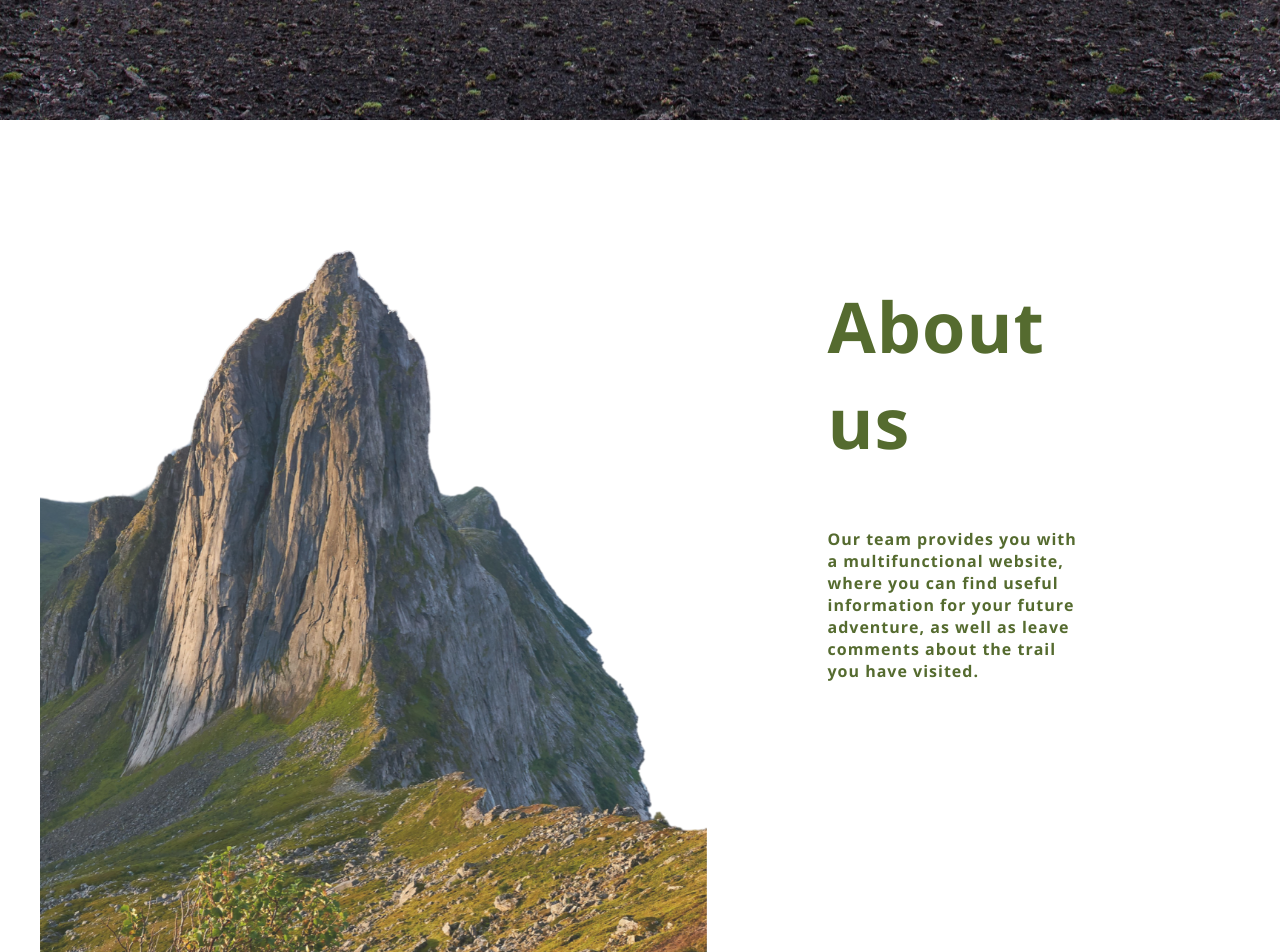
Repository: artembundin/travelrus.github.io
Page: index.html
An editor plug-in stored every save of this project. The page is shown before and after the next save, followed by the edit.
The browser window is 1280 px wide. The pictures show the part of the page from y = 2580 to 3532 px (the page is 4738 px tall).
A picture or video elsewhere on the page could not be fetched, so the positions and the page height are approximate. An inner scrolling area shows only its first screen. Backgrounds fixed to the window are drawn as part of the page. Some web fonts or font styles are not loaded; a fallback is used.

Above is the page before, as saved 2025-05-07 23:22:40.
Console error: TypeError: Cannot read properties of null (reading 'offsetTop')

### index.html
<!DOCTYPE html>
<html lang="en">
  <head>
    <meta charset="UTF-8" />
    <meta name="viewport" content="width=device-width, initial-scale=1.0" />
    <title>Document</title>
    <link rel="stylesheet" href="style.css" />
  </head>
  <body>
    <header class="header">
      <div class="container-header">
        <img src="icons/TRAIL TRIBE (3).svg" alt="" class="anim header-logo" />
        <ul class="header-list">
          <li><a class="active" href="/">HOME</a></li>
          <li><a href="/">BLOG</a></li>
          <li><a href="#inf">DISCOVER</a></li>
          <li><a href="/">ABOUT AS</a></li>
        </ul>
      </div>
    </header>
    <main class="main">
      <section class="join">
        <div class="join-container">
          <div class="text_section">
            <h2>Featured Items</h2>
            <p>
              These are some of the basic things that will be useful to you on a
              hike. See the full list on our blog.
            </p>
          </div>
          <a href="#" class="btn_list" id="newPageButton">BLOG</a>
        </div>
      </section>
      <section class="inf" id='inf'>
        <div class="inf-container">
          <h2 class="inf-caption animate-slidein">Find our most popular camps</h2>
          <div class="cards">
              <div class="cards-content">
                <a href="map.html#mapstore">
                  <img src="images/bvt.jpeg" alt="" class="img">
                </a>
                <div class="cards-text">
                  <h4 class="cards-title">The Big Valdai Trail</h4>
                  <p class="cards-sub-title">Its uniqueness lies in the change of ecological systems: spruce-fir forest, broad-leaved forest, pine forest.</p>
                </div>
              </div>
            <div class="cards-content">
              <a href="map.html#mapstore2">
                <img src="images/30.jpeg" alt="" class="img">
              </a>
              <div class="cards-text">
                <h4 class="cards-title">Through the Mountains to the Sea</h4>
                <p class="cards-sub-title">One of the oldest, most popular traveled tourist routes in the Soviet Union.</p>
              </div>
            </div>
            <div class="cards-content">
              <a href="map.html#mapstore3">
                <img src="images/btt.jpeg" alt="" class="img">
              </a>
              <div class="cards-text">
                <h4 class="cards-title">The Great Baikal Trail</h4>
                <p class="cards-sub-title">The trail will connect three national parks and three reserves.</p>
              </div>
            </div>
          </div>
        </div>
      </section>
      <section class="aboutus">
        <div class="aboutus-container">
          <div class="aboutus-image animate-slideleft"></div>
          <div class="aboutus-text animate-slideright">
            <h2 class="aboutus-title">About us</h2>
            <p class="aboutus-sub-title">Our team provides you with a multifunctional website, where you can find useful information for your future adventure, as well as leave comments about the trail you have visited.</p>
          </div>
        </div>
      </section>
      <section class="stuff-list">
      <h2 class="stuff-list-caption animate-appeir">That is useful for any hike</h2>
      <div class="item">
        <div class="stuff-list-container animate-appeir">
            <div class="stuff-item">
                    <p class="item1_title">Knife</p>
                    <img src="images/knife.svg" alt="/" id="item1">
            </div>
            <div class="stuff-item">
                    <p class="item2_title">Sleeping-bag</p>
                    <img src="images/sleepingbag.svg" alt="/" id="item2">
            </div>
            <div class="stuff-item">
                    <p class="item3_title">Tent</p>
                    <img src="images/tent.svg" alt="/" id="item3">
            </div>
          </div>
      </div>
    </section>
  </main>
  <script src="animation.js"></script>
  </body>
</html>




<!--<h2 class="stuff-list-caption">That is useful for any hike</h2>-->

### style.css
@font-face {
  font-family: 'OpenSans';
  src: url(fonts/OpenSans-Regular.woff2) format('woff2');
  font-weight: 400;
  font-style: normal;
  font-display: swap;
}
@font-face {
  font-family: 'OpenSans';
  src: url(fonts/OpenSans-Bold.woff2) format('woff2');
  font-weight: 700;
  font-style: normal;
  font-display: swap;
}


body {
  margin: 0;
  font-family: 'OpenSans';
  background-color: white;
  color: white;
  font-weight: 550;
}

ul {
  list-style: none;
  padding: 0;
  margin: 0;
}

a {
  text-decoration: none;
  color: white;
}

p {
  display: flex;
  /*animation: pfade linear both;
  animation-timeline: view();
  animation-range: entry 50% cover 50%;*/
}


h1, h2, h3, h4, h5, h6 {
  display: flex;
  /*animation: pfade linear both;
  animation-timeline: view();
  animation-range: entry 50% cover 50%;*/
}


/*@keyframes pfade {
  from {
    opacity: 0;
  }
  to {
    opacity: 1;
  }
} */

a {
  text-decoration: none;
}

/*Шапка*/

.header {
  position: relative;
  text-align: center;
  background-image: url(images/hiking3.jpeg);
  background-attachment: fixed;
  background-size: cover;
  background-position: center;
}

.container-header {
  display: flex;
  flex-direction: column;
  align-items: center;
  max-width: 1200px;
  height: 900px;
  margin-left: auto;
  margin-right: auto;
  overflow-x: hidden;
  padding: 0 15px;
}

.header-logo {
  width: 600px;
  height: 600px;
}



.header-img {
  position: absolute;
  width: 100%;
  height: auto;

  background-image: url(images/hiking3.jpeg);
  /*background-attachment: fixed;
    background-size: cover;
    background-position: center;*/
  z-index: -1;
}

.header-list {
  display: flex;
  gap: 40px;
  margin-top: -100px;
  text-decoration: underline;
  text-underline-offset: 10px;
  opacity: 0.6;
  font-weight: 600;
  font-size: 25px;
  letter-spacing: 3px;
}


/*СЕКЦИЯ 1*/

.main {
  display: inline;
}


.join {
  background-image: url('images/cloudmount.png');
  background-size: contain;
  background-repeat: no-repeat;
  animation: pfade linear both;
  animation-timeline: view();
  animation-range: entry 50% cover 50%;
}

@keyframes pfade {
  from {
    opacity: 0;
  }
  to {
    opacity: 1;
  }
}

.join-container {
  display: flex;
  max-width: 1200px;
  height: 900px;
  margin-left: auto;
  margin-right: auto;
  overflow-x: hidden;
  padding: 0 15px;
}


.text_section {
  width: 330px;
  height: 500px;
  padding: 100px;
  color: darkolivegreen;
}

.text_section p {
  letter-spacing: 1px;
}

.text_section h2 {
  font-size: 70px;
  font-weight: 700;
}

/*Кнопка*/

.btn_list {
  position: relative;
  text-align: center;
  padding: 5px 10px;
  width: 200px;
  height: 30px;
  top: 550px ;
  right: 430px;
  font-size: 20px;
  color: darkolivegreen;

  background-color: white;
  border-radius: 17px;
  box-shadow: 5px 5px 5px 3px #8a8a8a;
  cursor: pointer;
  transition: .3s;
}

.btn_list:active {
  transform: translateY(4px);
  box-shadow: 0 5px 0 darkgreen;
}


/*Конец кнопки*/



/*СЕКЦИЯ 2*/

.inf {
  background-image: url(images/holm.png);
  background-attachment: fixed;
  background-size: 1200px 900px;
  background-repeat: no-repeat;
  color: #AFD2F2;

}


.inf-caption {
  display: flex;
  justify-content: center;
  font-size: 60px;
  font-weight: 700;
  margin-top: 100px;
  margin-bottom: 200px;

  color: white;
}

@keyframes slidein {
  from {
    transform: translateX(-100%);
    opacity: 0;
  }
  to {
    transform: translateX(0);
    opacity: 1;
  }
}

.inf-caption.animate-slidein {
  animation: slidein;
  animation-duration: 2s;
  animation-timing-function: linear forwards;
  animation-iteration-count: 1;
}

.inf-container {
  max-width: 1200px;
  height: 900px;
  margin-left: auto;
  margin-right: auto;
  overflow-x: hidden;
  padding: 0 15px;
}

@keyframes fadein {
  from {
    opacity: 0;
  }
  to {
    opacity: 1;
  }
}

.cards {
  display: flex;
  justify-content: center;
  gap: 100px;
  animation: pfade linear both;
  animation-timeline: view();
  animation-range: entry 50% cover 50%;
}

.cards-content {
  display: flex;
  position: relative;
  justify-content: center;
  align-items: center;
  overflow: hidden;




  /*width: 400px;
  border-radius: 20px;
  margin-top: 200px;
  text-align: center;*/
}


.img {
  width: 400px;
  height: 300px;
  border: 3px solid #2E2C33;




  /*max-width: 100%;
  height: 350px;
  object-fit: cover;
  border-radius: 15px;*/
}

.cards-text {
  width: 200px;
  height: 200px;
  background-color: white;
  padding: 1.5rem 2rem;
  box-shadow: 0 8px 24px hsla(0, 0%, 0%, .15);
  border-radius: 1rem;
  position: absolute;
  bottom: -9rem;
  opacity: 0;
  transition: opacity 1s 1s;
}

.cards-title {
  font-size: 28px;
  font-weight: 700;
  margin-bottom: .75rem;
}



.cards-sub-title {
  font-size: 13px;
  font-weight: 400;

}

.cards-content:hover .cards-text{
  animation: show-text 1s forwards;
  opacity: 1;
  transition: opacity .3s;
}

.cards-content {
  animation-name: remove-overflow;
  animation: remove-overflow 2s forwards;

}

.cards-content:not(:hover) {
  animation: show-overflow 2s forwards;
}

.cards-content:not(:hover) .cards-text {
  animation: remove-text 1s forwards;
}

@keyframes show-text {
  50% {
    transform: translateY(-10rem);
  }
  100% {
    transform: translateY(-7rem);
  }
}

@keyframes remove-overflow {
  to {
    overflow: initial;
  }
}

@keyframes remove-text {
  0% {
    transform: translateY(-7rem);
  }
  50% {
    transform: translateY(-10rem);
  }
  100% {
    transform: translateY(.5rem);
  }
}

@keyframes show-overflow {
  0% {
    overflow: initial;
    pointer-events: none;
  }
  50% {
    overflow: hidden;
  }
}


/*СЕКЦИЯ 3 */



.aboutus {
  color: darkolivegreen;
}


.aboutus-container {
  display: flex;
  max-width: 1200px;
  height: 800px;
  margin-left: auto;
  margin-right: auto;
  overflow-x: hidden;
  margin-top: 100px;
  margin-bottom: 150px;
}


.aboutus-image {
  background-image: url(images/goraaa.png);
  background-size: cover;
  background-repeat: no-repeat;
  width: 1200px;
  height: 800px;
}

@keyframes slideleft {
  from{
    transform: translateX(-100%);
    opacity: 0;
  }
  to {
    transform: translate(0);
    opacity: 1;
  }
}

.aboutus-image.animate-slideleft {
  animation: slideleft;
  animation-duration: 5s;
  animation-timing-function: linear forwards;
  animation-iteration-count: 1;
}

.aboutus-text {
  width: 400px;
  height: 300px;
  text-align: left;
  letter-spacing: 1px;
  margin-right: 150px;
}

/*.aboutus-text.animate-slideright {
  animation: none;
  animation: slideright;
  animation-duration: 4s;
  animation-timing-function: linear forwards;
  animation-iteration-count: 1;
}

@keyframes slideright {
  from {
    transform: translateX(100%);
  }
  to {
    transform: translateX(0);
  }
}*/

.aboutus-title {
  font-size: 70px;
  justify-content: left;
}



/*СЕКЦИЯ 3*/


/*.cards {
  display: flex;
  justify-content: center;
  gap: 170px;
} карточки секция */

@keyframes appeir {
  from {
    opacity: 0;
  }
  to {
    opacity: 1;
  }
}

.stuff-list-caption {
  display: flex;
  justify-content: center;
  font-size: 65px;
  font-weight: 700;
  color: darkolivegreen;

}

.stuff-list-caption.animate-appeir {
  animation: appeir;
  animation-duration: 6s;
  animation-timing-function: linear forwards;
  animation-iteration-count: 1;
}

.stuff-list-container.animate-appeir {
  display: grid;
  grid-template-columns: 0.25fr 0.25fr;
  grid-template-rows: 600px 600px;
  gap: 20px;
  max-width: 1200px;
  height: 800px;
  margin-left: auto;
  margin-right: auto;
  overflow-x: hidden;
  margin-top: 100px;


    /*animation: appeir2 ;
    animation-duration: 1s;
    animation-timing-function: ease-in forwards;
    animation-delay: 1s;
    animation-iteration-count: 1;*/

}

/*@keyframes appeir2 {
  from {
    opacity: 0;
  }
  to {
    opacity: 1;
  }
}*/

.stuff-list {
  color: white;
}


.item {
  background-image: url(/images/sumka.png);
  background-size: 1300px 800px;
  background-repeat: no-repeat;
  background-position: center;
}


#item1 {
  background-color: lemonchiffon;
  position: relative;
  left: 490px;
  top: 160px;
}



#item2 {
  background-color: lightpink;
  position: relative;
  left: 390px;
  top: 130px;
}



#item3 {
  background-color: lightsteelblue;
  position: relative;
  left: 530px;
  bottom: 230px;
}

.item1_title {
  position: relative;
  left: 490px;
  top: 160px;
  font-size: 17px;
}

.item2_title {
  position: relative;
  left: 390px;
  top: 130px;
  font-size: 17px;
}

.item3_title {
  position: relative;
  left: 530px;
  bottom: 230px;
  font-size: 17px;
}

/* В конец файла добавим медиа-запросы */

/* Для планшетов */
@media screen and (max-width: 1024px) {
  .container-header {
    height: 700px;
  }

  .header-logo {
    width: 400px;
    height: 400px;
  }

  .header-list {
    font-size: 20px;
    gap: 20px;
  }

  .join-container {
    width: 100%;
    padding: 0 20px;
  }

  .text_section {
    padding: 50px;
  }

  .text_section h2 {
    font-size: 50px;
  }

  .cards {
    flex-wrap: wrap;
    gap: 50px;
  }

  .img {
    width: 300px;
    height: 225px;
  }

  .aboutus-container {
    flex-direction: column;
    height: auto;
  }

  .aboutus-image {
    width: 100%;
    height: 500px;
  }

  .aboutus-text {
    width: 100%;
    margin: 20px;
  }
}

/* Для мобильных устройств */
@media screen and (max-width: 768px) {
  .container-header {
    height: 500px;
  }

  .header-logo {
    width: 300px;
    height: 300px;
  }

  .header-list {
    font-size: 16px;
    gap: 15px;
    flex-direction: column;
  }

  .text_section h2 {
    font-size: 40px;
  }

  .btn_list {
    right: 200px;
  }

  .inf-caption {
    font-size: 40px;
    margin: 50px 0;
  }

  .cards-content {
    width: 100%;
  }

  .img {
    width: 100%;
    max-width: 300px;
  }

  .stuff-list-container {
    grid-template-columns: 1fr;
    grid-template-rows: auto;
  }

  #item1, #item2, #item3,
  .item1_title, .item2_title, .item3_title {
    left: 50%;
    transform: translateX(-50%);
    position: relative;
    top: 0;
    bottom: 0;
  }

  .stuff-list-caption {
    font-size: 40px;
    text-align: center;
  }
}

/* Для маленьких экранов */
@media screen and (max-width: 480px) {
  .header-logo {
    width: 200px;
    height: 200px;
  }

  .text_section {
    width: 100%;
    padding: 20px;
  }

  .text_section h2 {
    font-size: 30px;
  }

  .btn_list {
    width: 150px;
    right: 100px;
  }
}

### animation.js
window.addEventListener('scroll', function() {
    var infCaption = document.querySelector('.inf-caption');
    var infOffsetTop = infCaption.offsetTop;
    var windowHeight = window.innerHeight;
    var scrollTop = window.scrollY;

    if (scrollTop > infOffsetTop - windowHeight) {
    infCaption.classList.add('animate-slidein');
    }
    else {
    infCaption.classList.remove('animate-slidein');
    }
});

window.addEventListener('scroll', function() {
    var aboutusSection = document.querySelector('.aboutus');
    var aboutusOffsetTop = aboutusSection.offsetTop;
    var windowHeight = window.innerHeight;
    var scrollTop = window.scrollY;

    if (scrollTop > aboutusOffsetTop - windowHeight) {
    document.querySelector('.aboutus-image').classList.add('animate-slideleft');
    document.querySelector('.aboutus-text').classList.add('animate-slideright');
    }
    else {
    document.querySelector('.aboutus-image').classList.remove('animate-slideleft');
    document.querySelector('.aboutus-text').classList.remove('animate-slideright');
    }
});


window.addEventListener('scroll', function() {
    var stuffSection = document.querySelector('.stuff-list');
    var stuffOffsetTop = stuffSection.offsetTop;
    var windowHeight = window.innerHeight;
    var scrollTop = window.scrollY;

    if (scrollTop > stuffOffsetTop - windowHeight) {
    document.querySelector('.stuff-list-caption').classList.add('animate-appeir');
    }
    else {
    document.querySelector('.stuff-list-caption').classList.remove('animate-appeir');
    }
});

document.addEventListener('scroll', function() {
    var stuffSection = document.querySelector('.stuff-list-container');
    var windowHeight = window.innerHeight;
    var stuffOffsetTop = stuffSection.offsetTop;
    var scrollTop = window.scrollY;

    if (scrollTop > stuffOffsetTop - windowHeight) {
        stuffSection.classList.add('animate-appeir');
    } else {
        stuffSection.classList.remove('animate-appeir');
    }
});

document.addEventListener('scroll', function() {
    var footer = document.querySelector('.footer');
    var windowHeight = window.innerHeight;
    var footerOffsetTop = footer.offsetTop;
    var scrollTop = window.scrollY;

    if (scrollTop > footerOffsetTop - windowHeight) {
        footer.classList.add('animate-appeir-footer');
    } else {
        footer.classList.remove('animate-appeir-footer');
    }
});

document.addEventListener('scroll', function() {
    var socialContainer = document.querySelector('.social-container');
    var windowHeight = window.innerHeight;
    var socialContainerOffsetTop = socialContainer.offsetTop;
    var scrollTop = window.scrollY;

    if (scrollTop > socialContainerOffsetTop - windowHeight) {
        socialContainer.classList.add('animate-appeir3');
    } else {
        socialContainer.classList.remove('animate-appeir3');
    }
});

const newPageButton = document.getElementById('newPageButton');

newPageButton.addEventListener('click', function() {
    window.open('blog.html');
});

After the next save:
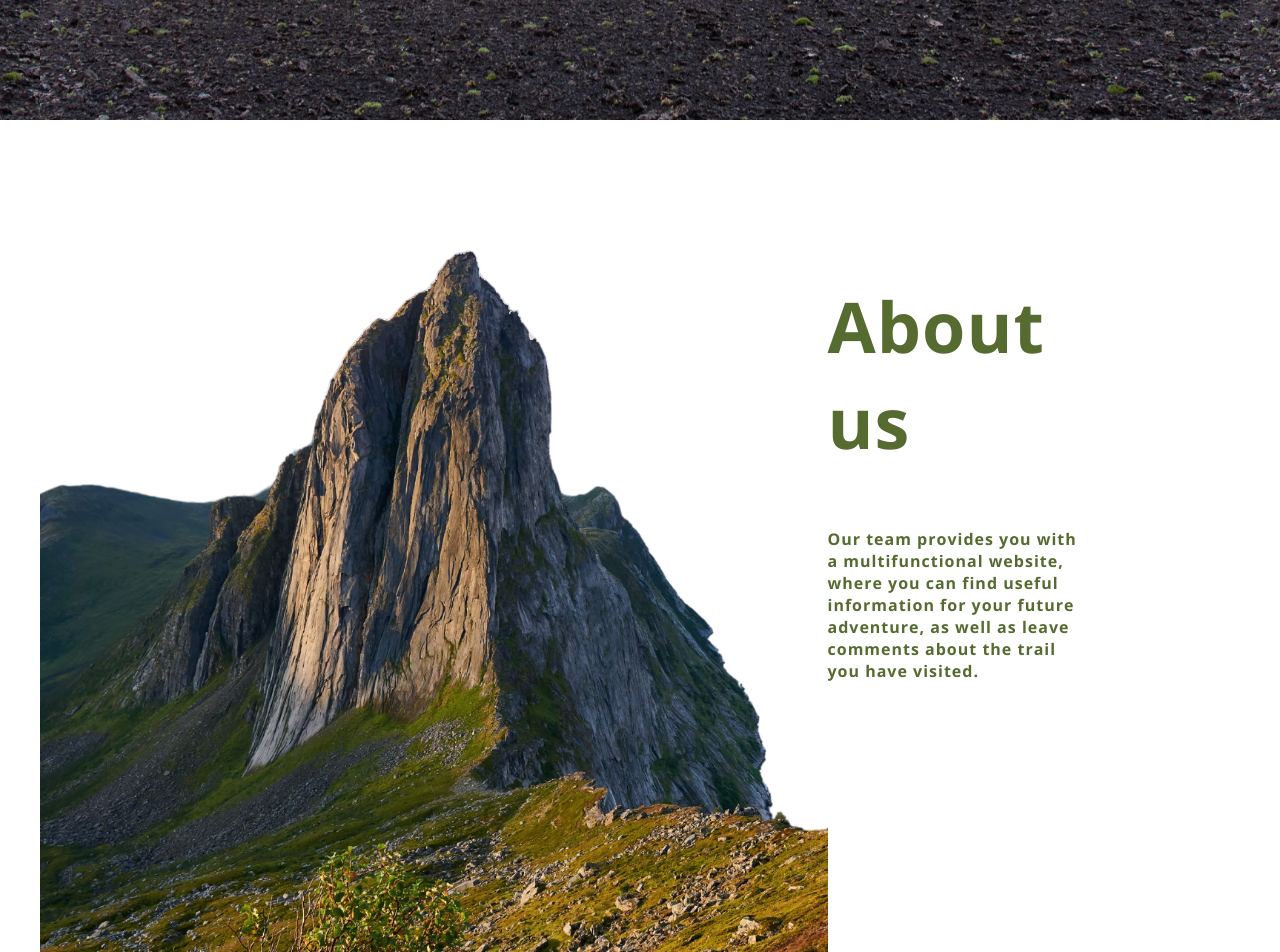
Saved 3 min 23 s later.
--- a/style.css
+++ b/style.css
@@ -412,7 +412,7 @@ a {
   height: 800px;
 }
 
-@keyframes slideleft {
+/@keyframes slideleft {
   from{
     transform: translateX(-100%);
     opacity: 0;
